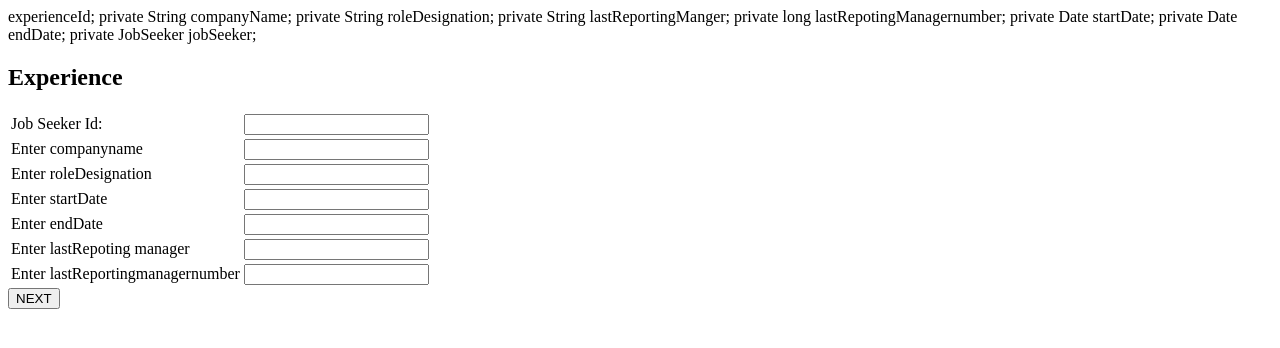
Repository: Rishanth/-Job-Registration-Portal-
Page: http://localhost/VRPS_Registration/WEB-INF/jsp/experience.jsp
The author's editor kept a copy of each file at every save. The page is drawn from the files as they stood at one save, then again after the next save.
The browser window is 1280 px wide. The pictures show the whole page.
The page is served by Tomcat 9. Nobody is signed in. The template is opened directly, without the code that normally fills it, so the values that code supplies are empty.

Above is the page before, as saved 2013-10-17 15:19:20.

After the next save:
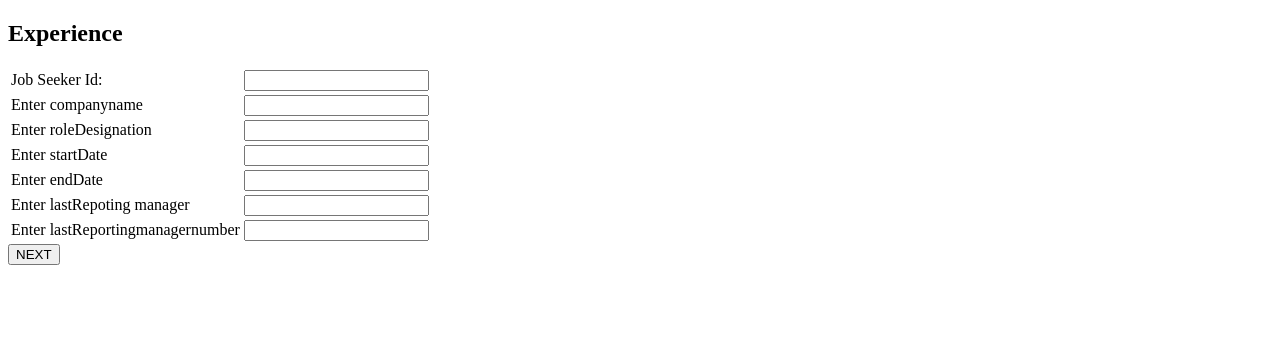
Saved 20 s later.
--- a/VRPS_Registration/WebContent/WEB-INF/jsp/experience.jsp
+++ b/VRPS_Registration/WebContent/WEB-INF/jsp/experience.jsp
@@ -1,17 +1,3 @@
-
-
-
-experienceId;
-		private String companyName;
-		private String roleDesignation;
-		private String lastReportingManger;
-		private long lastRepotingManagernumber;
-		private Date startDate;
-		private Date endDate;
-		private JobSeeker jobSeeker;
-</body>
-</html>
-
 <%@ page language="java" contentType="text/html; charset=ISO-8859-1"
     pageEncoding="ISO-8859-1"%>
 <!DOCTYPE html PUBLIC "-//W3C//DTD HTML 4.01 Transitional//EN" "http://www.w3.org/TR/html4/loose.dtd">
@@ -39,8 +25,5 @@ experienceId;
 </table>
 <input type="submit" value="NEXT"/>
 </form:form>
-
-
-
 </body>
 </html>
